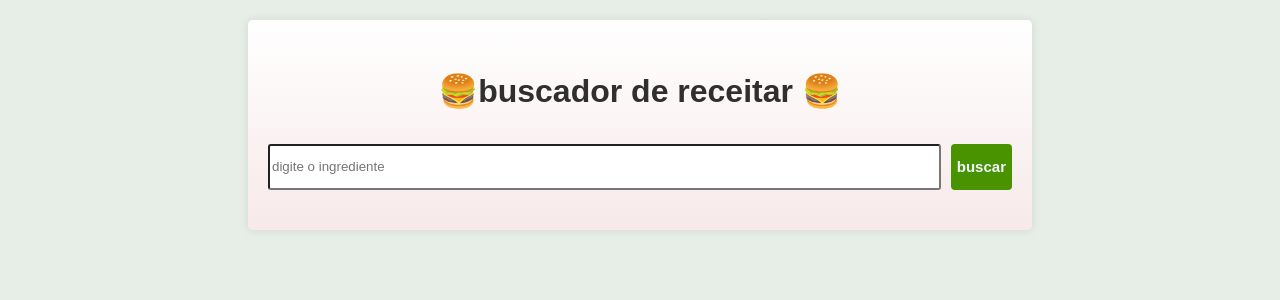
Repository: RoneT9/Receitas
Page: receita.html
An editor plug-in stored every save of this project. The page is shown before and after the next save, followed by the edit.
The browser window is 1280 px wide. The pictures show the whole page.

Above is the page before, as saved 2026-02-09 22:31:03.

After the next save:
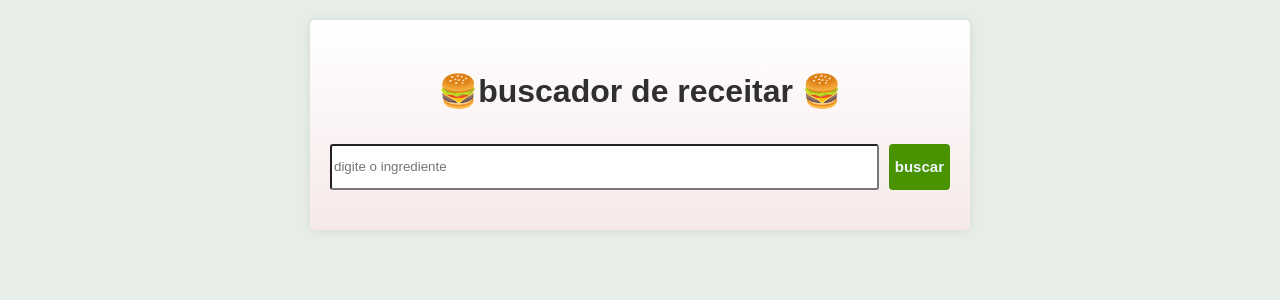
Saved 25 s later.
--- a/receita.css
+++ b/receita.css
@@ -8,7 +8,7 @@ body {
 
 .container {
   background: linear-gradient(to top, rgb(247, 233, 233), white);
-  width: 60%;
+  width: 50%;
   margin: 0 auto;
   padding: 20px;
   box-shadow: 0 0 10px rgba(0, 0, 0, 0.1);
